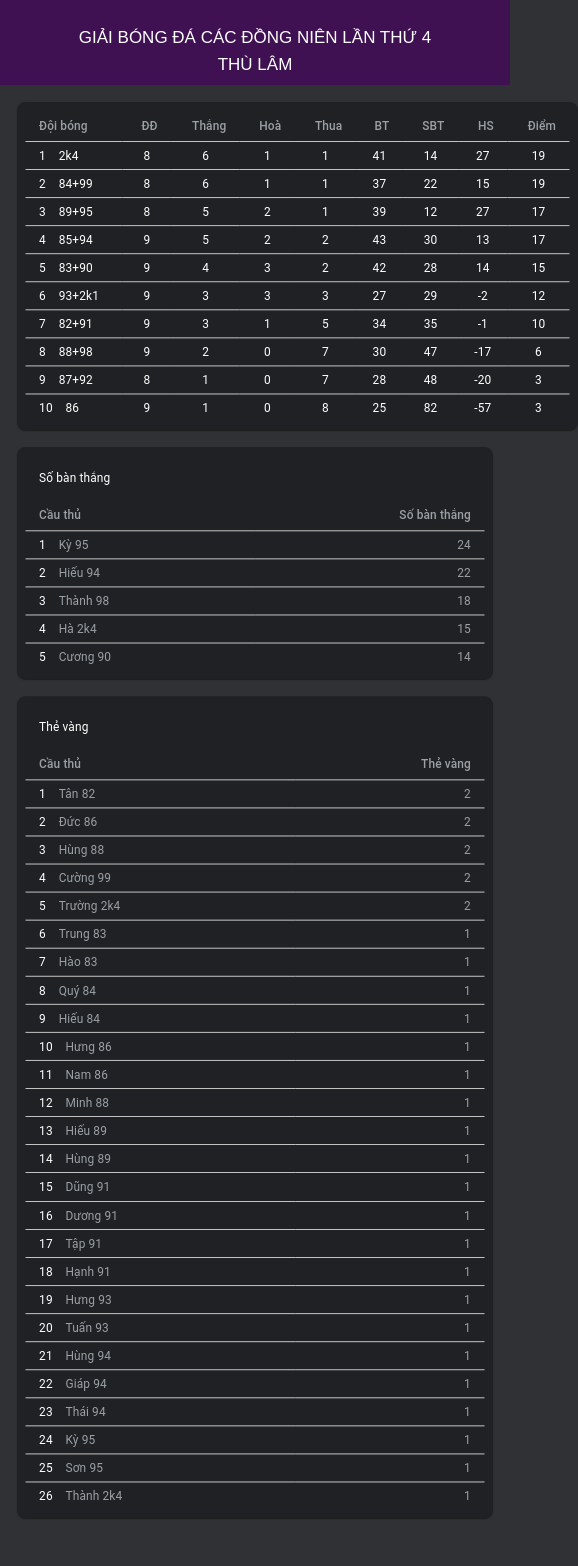
Repository: tuan842001/thulam
Page: /
These files come from the project's save history. The page is drawn as it stood at one moment and after the next save; the edit follows.
The browser window is 375 px wide. The page is 680 px wide, then 600 px, so the pictures cover 680 px, including what lies to the right of the window. The pictures show the whole page, at 85% of full size.
The project was rebuilt for these pictures with package versions that can differ from the ones it lists, and the page was loaded fresh each time.

Above is the page before, as saved 2022-01-11 16:08:24.

### public/index.html
<!DOCTYPE html>
<html lang="en">
  <head>
    <meta charset="utf-8" />
    <link rel="icon" href="%PUBLIC_URL%/favicon.ico" />
    <meta name="viewport" content="width=device-width, initial-scale=1" />
    <meta name="theme-color" content="#000000" />
    <meta
      name="description"
      content="Web site created using create-react-app"
    />

    <link href="https://cdn.jsdelivr.net/npm/bootstrap@5.1.3/dist/css/bootstrap.min.css" rel="stylesheet" integrity="sha384-1BmE4kWBq78iYhFldvKuhfTAU6auU8tT94WrHftjDbrCEXSU1oBoqyl2QvZ6jIW3" crossorigin="anonymous">
<script src="https://cdn.jsdelivr.net/npm/bootstrap@5.1.3/dist/js/bootstrap.bundle.min.js" integrity="sha384-ka7Sk0Gln4gmtz2MlQnikT1wXgYsOg+OMhuP+IlRH9sENBO0LRn5q+8nbTov4+1p" crossorigin="anonymous"></script>
    <title>GIẢI BÓNG ĐÁ CÁC ĐỒNG NIÊN THÙ LÂM</title>
  </head>
  <body>
    <noscript>You need to enable JavaScript to run this app.</noscript>
    <div id="root"></div>

  </body>
</html>

### src/App.js
import "./App.css";
import { Header } from "./components/header/Header";
import Card from "./pages/card/Card";
import Statistical from "./pages/statistical/Statistical";
import UserList from "./pages/userList/UserList";

function App() {
  return (
    <div className="App" style={{ height: "102%" }}>
      <Header />
      <UserList />
      <Statistical />
      <Card />
    </div>
  );
}

export default App;

### src/App.css
body {
  margin: 0;
  font-family: 'Montserrat', sans-serif;
  background-color: #303134;
  display: flex;
  justify-content: center;
}

* {
  margin: 0;
}

@media screen and (max-width: 480px) {
  body {
    justify-content: normal;
  }

}

### src/components/header/Header.jsx
import * as React from "react";
import "./header.css";

export const Header = () => {
  return (
    <div className="header">
      <h4>GIẢI BÓNG ĐÁ CÁC ĐỒNG NIÊN LẦN THỨ 4</h4>
      <h3>THÙ LÂM</h3>
    </div>
  );
};

### src/pages/card/Card.jsx
import * as React from "react";
import Table from "@mui/material/Table";
import TableBody from "@mui/material/TableBody";
import TableCell from "@mui/material/TableCell";
import TableContainer from "@mui/material/TableContainer";
import TableHead from "@mui/material/TableHead";
import TableRow from "@mui/material/TableRow";
import Paper from "@mui/material/Paper";

function createData(order, name, goal) {
  return {
    order,
    name,
    goal,
  };
}

const rows = [
  createData(1, "Tân 82", 2),
  createData(2, "Đức 86", 2),
  createData(3, "Hùng 88", 2),
  createData(4, "Cường 99", 2),
  createData(5, "Trường 2k4", 2),
  createData(6, "Trung 83", 1),
  createData(7, "Hào 83", 1),
  createData(8, "Quý 84", 1),
  createData(9, "Hiếu 84", 1),
  createData(10, "Hưng 86", 1),
  createData(11, "Nam 86", 1),
  createData(12, "Minh 88", 1),
  createData(13, "Hiếu 89", 1),
  createData(14, "Hùng 89", 1),
  createData(15, "Dũng 91", 1),
  createData(16, "Dương 91", 1),
  createData(17, "Tập 91", 1),
  createData(18, "Hạnh 91", 1),
  createData(19, "Hưng 93", 1),
  createData(20, "Tuấn 93", 1),
  createData(21, "Hùng 94", 1),
  createData(22, "Giáp 94", 1),
  createData(23, "Thái 94", 1),
  createData(24, "Kỳ 95", 1),
  createData(25, "Sơn 95", 1),
  createData(26, "Thành 2k4", 1),
];

export default function Card() {
  return (
    <TableContainer
      component={Paper}
      style={{
        backgroundColor: "#202124",
        color: "#FFFF",
        margin: "20px",
        width: "560px",
        borderRadius: "10px",
        padding: "10px",
      }}
    >
      <TableCell style={{ color: "#FFFF", borderBottom: "none" }} align="right">
        Thẻ vàng
      </TableCell>
      <Table sx={{ minWidth: 500 }} size="small" aria-label="a dense table">
        <TableHead>
          <TableRow>
            <TableCell style={{ color: "#9aa0a6" }}>Cầu thủ</TableCell>
            <TableCell style={{ color: "#9aa0a6" }} align="right">
              Thẻ vàng
            </TableCell>
          </TableRow>
        </TableHead>
        <TableBody>
          {rows.map((row) => (
            <TableRow
              key={row.name}
              sx={{ "&:last-child td, &:last-child th": { border: 0 } }}
            >
              <TableCell
                component="th"
                scope="row"
                style={{ color: "#9aa0a6" }}
              >
                <span
                  style={{
                    color: "#fff",
                    marginRight: "15px",
                    textAlign: "center",
                  }}
                  align="center"
                >
                  {row.order}
                </span>
                {row.name}
              </TableCell>
              <TableCell style={{ color: "#9aa0a6" }} align="right">
                {row.goal}
              </TableCell>
            </TableRow>
          ))}
        </TableBody>
      </Table>
    </TableContainer>
  );
}

### src/pages/statistical/Statistical.jsx
import * as React from "react";
import Table from "@mui/material/Table";
import TableBody from "@mui/material/TableBody";
import TableCell from "@mui/material/TableCell";
import TableContainer from "@mui/material/TableContainer";
import TableHead from "@mui/material/TableHead";
import TableRow from "@mui/material/TableRow";
import Paper from "@mui/material/Paper";

function createData(order, name, goal) {
  return {
    order,
    name,
    goal,
  };
}

const rows = [
  createData(1, "Kỳ 95", 24),
  createData(2, "Hiếu 94", 22),
  createData(3, "Thành 98", 18),
  createData(4, "Hà 2k4", 15),
  createData(5, "Cương 90", 14),
];

export default function Statistical() {
  return (
    <TableContainer
      component={Paper}
      style={{
        backgroundColor: "#202124",
        color: "#FFFF",
        margin: "20px",
        width: "560px",
        borderRadius: "10px",
        padding: "10px",
      }}
    >
      <TableCell style={{ color: "#FFFF", borderBottom: "none" }} align="right">
        Số bàn thắng
      </TableCell>
      <Table sx={{ minWidth: 500 }} size="small" aria-label="a dense table">
        <TableHead>
          <TableRow>
            <TableCell style={{ color: "#9aa0a6" }}>Cầu thủ</TableCell>
            <TableCell style={{ color: "#9aa0a6" }} align="right">
              Số bàn thắng
            </TableCell>
          </TableRow>
        </TableHead>
        <TableBody>
          {rows.map((row) => (
            <TableRow
              key={row.name}
              sx={{ "&:last-child td, &:last-child th": { border: 0 } }}
            >
              <TableCell
                component="th"
                scope="row"
                style={{ color: "#9aa0a6" }}
              >
                <span
                  style={{
                    color: "#FFFF",
                    marginRight: "15px",
                    textAlign: "center",
                  }}
                  align="center"
                >
                  {row.order}
                </span>
                {row.name}
              </TableCell>
              <TableCell style={{ color: "#9aa0a6" }} align="right">
                {row.goal}
              </TableCell>
            </TableRow>
          ))}
        </TableBody>
      </Table>
    </TableContainer>
  );
}

### src/pages/userList/UserList.jsx
import * as React from "react";
import Table from "@mui/material/Table";
import TableBody from "@mui/material/TableBody";
import TableCell from "@mui/material/TableCell";
import TableContainer from "@mui/material/TableContainer";
import TableHead from "@mui/material/TableHead";
import TableRow from "@mui/material/TableRow";
import Paper from "@mui/material/Paper";

function createData(
  order,
  name,
  fought,
  win,
  draw,
  lose,
  goal,
  goals,
  difference,
  protein
) {
  return {
    order,
    name,
    fought,
    win,
    draw,
    lose,
    goal,
    goals,
    difference,
    protein,
  };
}

const rows = [
  createData(1, "2k4", 8, 6, 1, 1, 41, 14, 27, 19),
  createData(2, "84+99", 8, 6, 1, 1, 37, 22, 15, 19),
  createData(3, "89+95", 8, 5, 2, 1, 39, 12, 27, 17),
  createData(4, "85+94", 9, 5, 2, 2, 43, 30, 13, 17),
  createData(5, "83+90", 9, 4, 3, 2, 42, 28, 14, 15),
  createData(6, "93+2k1", 9, 3, 3, 3, 27, 29, -2, 12),
  createData(7, "82+91", 9, 3, 1, 5, 34, 35, -1, 10),
  createData(8, "88+98", 9, 2, 0, 7, 30, 47, -17, 6),
  createData(9, "87+92", 8, 1, 0, 7, 28, 48, -20, 3),
  createData(10, "86", 9, 1, 0, 8, 25, 82, -57, 3),
];

export default function UserList() {
  return (
    <TableContainer
      component={Paper}
      style={{
        backgroundColor: "#202124",
        color: "#FFFF",
        margin: "20px",
        // width: "560px",
        borderRadius: "10px",
        padding: "10px",
      }}
      className="TableContainer"
    >
      <Table
        sx={{ minWidth: 600 }}
        size="small"
        aria-label="a dense table"
        className="TableSX"
      >
        <TableHead>
          <TableRow>
            <TableCell style={{ color: "#9aa0a6" }}>Đội bóng</TableCell>
            <TableCell style={{ color: "#9aa0a6" }} align="right">
              ĐĐ
            </TableCell>
            <TableCell style={{ color: "#9aa0a6" }} align="right">
              Thắng
            </TableCell>
            <TableCell style={{ color: "#9aa0a6" }} align="right">
              Hoà
            </TableCell>
            <TableCell style={{ color: "#9aa0a6" }} align="right">
              Thua
            </TableCell>
            <TableCell style={{ color: "#9aa0a6" }} align="right">
              BT
            </TableCell>
            <TableCell style={{ color: "#9aa0a6" }} align="right">
              SBT
            </TableCell>
            <TableCell style={{ color: "#9aa0a6" }} align="right">
              HS
            </TableCell>
            <TableCell style={{ color: "#9aa0a6" }} align="right">
              Điểm
            </TableCell>
          </TableRow>
        </TableHead>
        <TableBody>
          {rows.map((row) => (
            <TableRow
              key={row.name}
              sx={{ "&:last-child td, &:last-child th": { border: 0 } }}
            >
              <TableCell component="th" scope="row" style={{ color: "#FFFF" }}>
                <span
                  style={{
                    color: "#FFFF",
                    marginRight: "15px",
                    textAlign: "center",
                  }}
                  align="center"
                >
                  {row.order}
                </span>

                {row.name}
              </TableCell>
              <TableCell style={{ color: "#FFFF" }} align="center">
                {row.fought}
              </TableCell>
              <TableCell style={{ color: "#FFFF" }} align="center">
                {row.win}
              </TableCell>
              <TableCell style={{ color: "#FFFF" }} align="center">
                {row.draw}
              </TableCell>
              <TableCell style={{ color: "#FFFF" }} align="center">
                {row.lose}
              </TableCell>
              <TableCell style={{ color: "#FFFF" }} align="center">
                {row.goal}
              </TableCell>
              <TableCell style={{ color: "#FFFF" }} align="center">
                {row.goals}
              </TableCell>
              <TableCell style={{ color: "#FFFF" }} align="center">
                {row.difference}
              </TableCell>
              <TableCell style={{ color: "#FFFF" }} align="center">
                {row.protein}
              </TableCell>
            </TableRow>
          ))}
        </TableBody>
      </Table>
    </TableContainer>
  );
}

### src/components/header/header.css
.header {
    background: #3F1052;
    height: 100px;
    width: 600px;
    text-align: center;
    color: #fff;
    display: flex;
    align-content: center;
    flex-direction: column;
    justify-content: center;
    padding-top: 25px;
}

.header h4 {
    font-size: 20px;
}

.header h3 {
    font-size: 20px;
}

Loaded but not shown: src/index.js (common file)

After the next save:
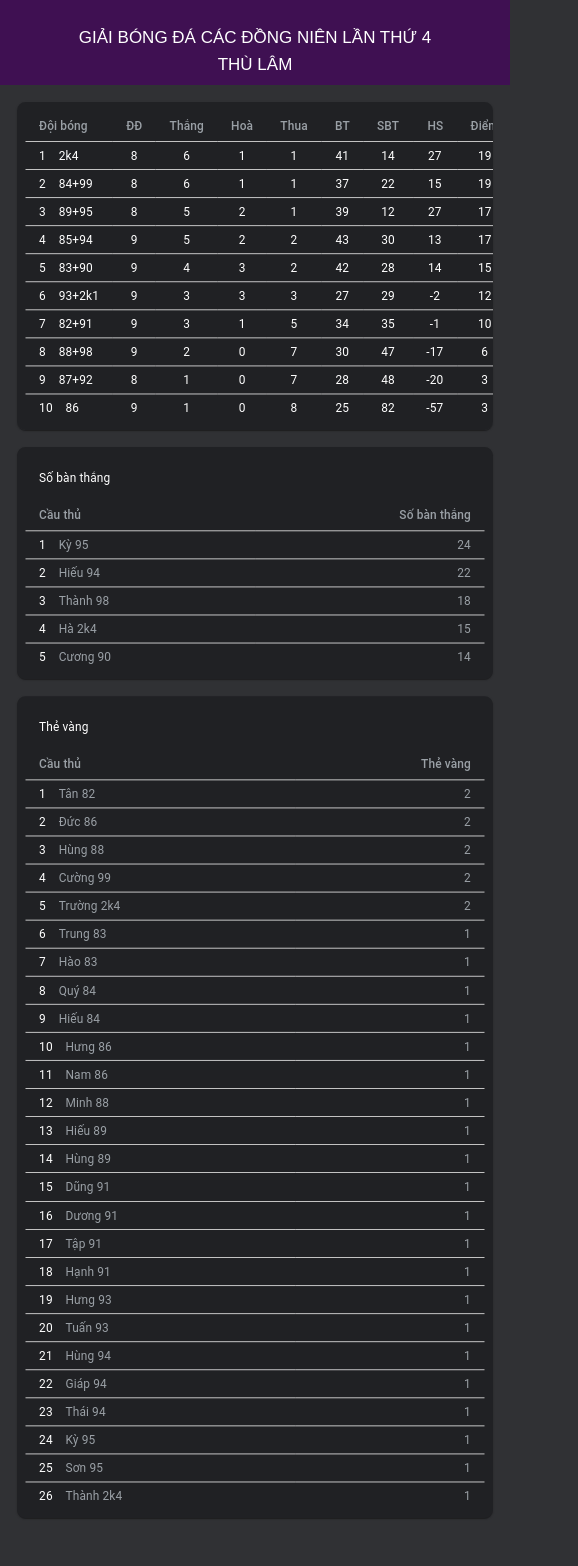
Saved 23 s later.
--- a/src/App.css
+++ b/src/App.css
@@ -15,4 +15,11 @@ body {
     justify-content: normal;
   }
 
+  .TableSX {
+    min-width: 500px !important;
+  }
+
+  .TableContainer {
+    width: 560px !important;
+  }
 }
